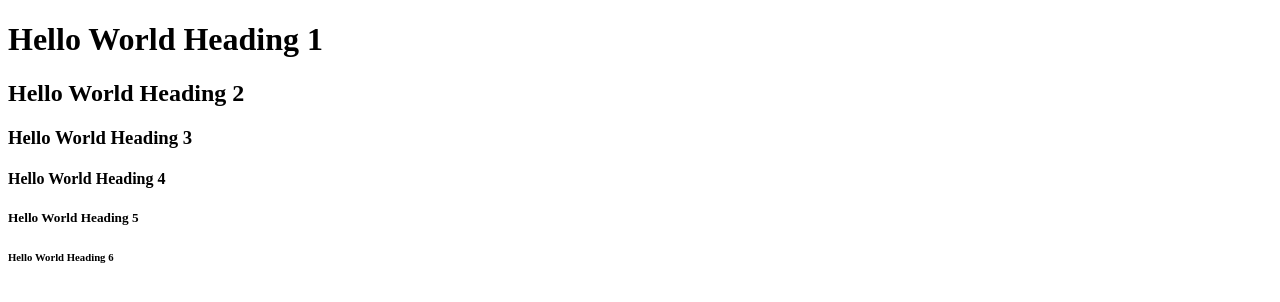
Repository: Gibekkk/WebPro
Page: Tugas HTML 1/index.html
An editor plug-in stored every save of this project. The page is shown before and after the next save, followed by the edit.
The browser window is 1280 px wide. The pictures show the whole page.

Above is the page before, as saved 2024-03-25 09:31:01.

After the next save:
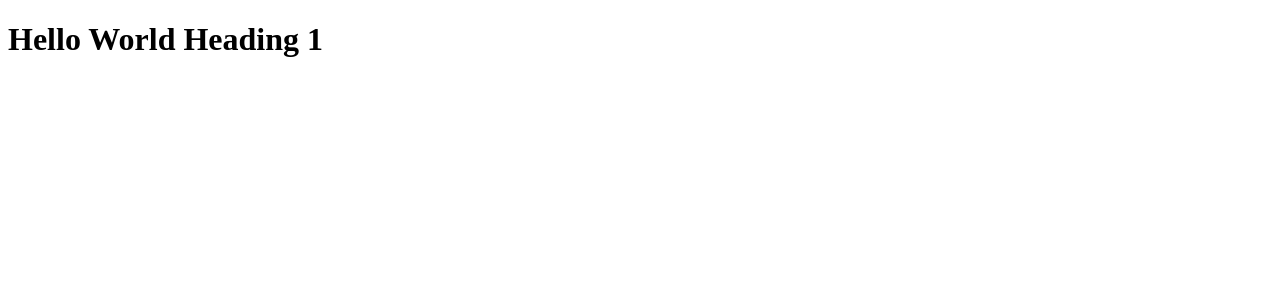
Saved 91 s later.
--- a/Tugas HTML 1/index.html
+++ b/Tugas HTML 1/index.html
@@ -9,11 +9,6 @@
 
 <body>
     <h1>Hello World Heading 1</h1>
-    <h2>Hello World Heading 2</h2>
-    <h3>Hello World Heading 3</h3>
-    <h4>Hello World Heading 4</h4>
-    <h5>Hello World Heading 5</h5>
-    <h6>Hello World Heading 6</h6>
 </body>
 
 </html>
